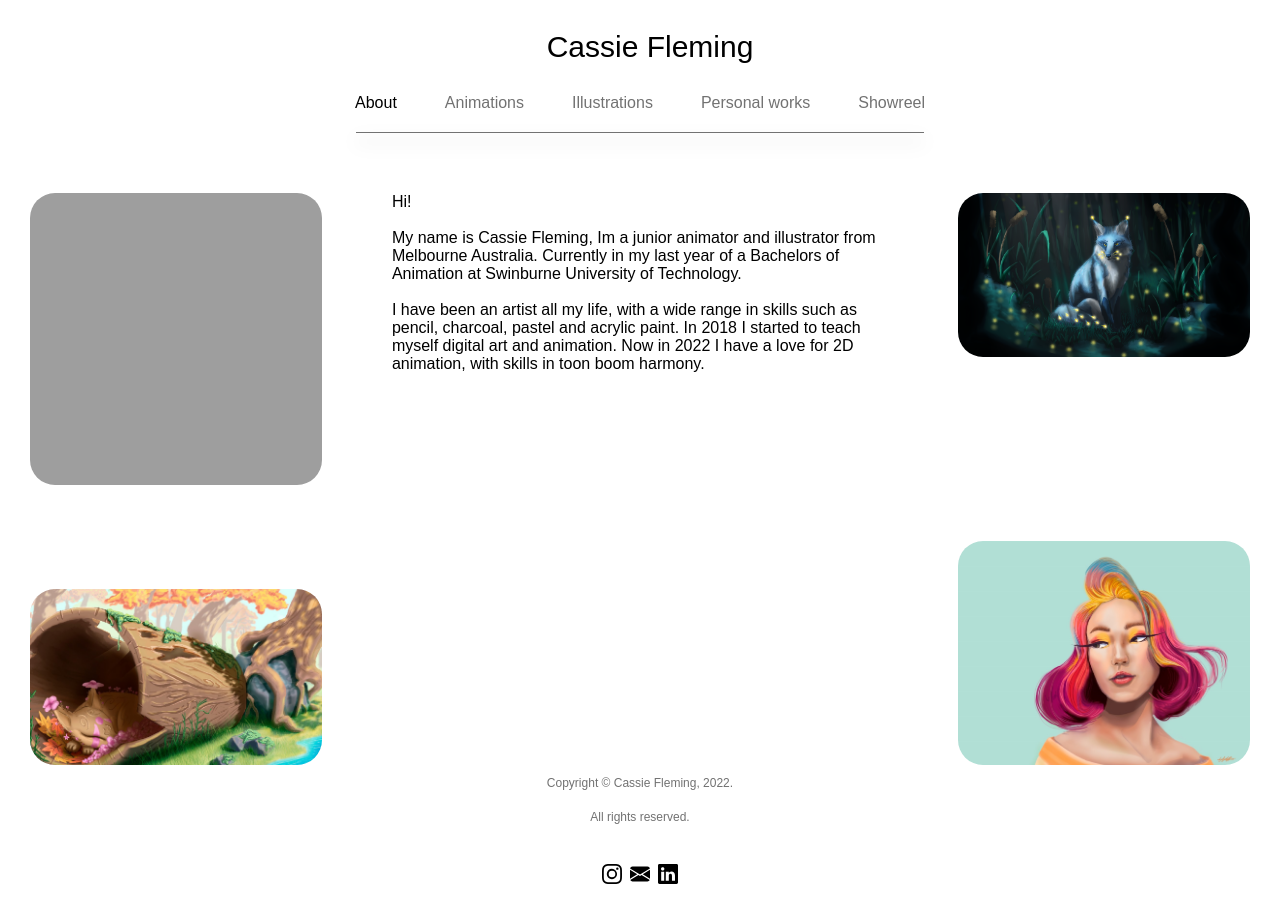
Repository: David-Waite/Cassie-Fleming-portfolio
Page: /
The author's editor kept a copy of each file at every save. The page is drawn from the files as they stood at one save, then again after the next save.
The browser window is 1280 px wide. The pictures show the whole page.
Pictures or frames that could not be fetched are drawn as grey boxes. Some web fonts or font styles are not loaded; a fallback is used. The project was rebuilt for these pictures with package versions that can differ from the ones it lists, and the page was loaded fresh each time. The framework's server and built-in components were replaced by stand-ins that run in the browser. Also part of the build but not shown: next.config.js.

Above is the page before, as saved 2022-09-12 21:42:05.

After the next save:
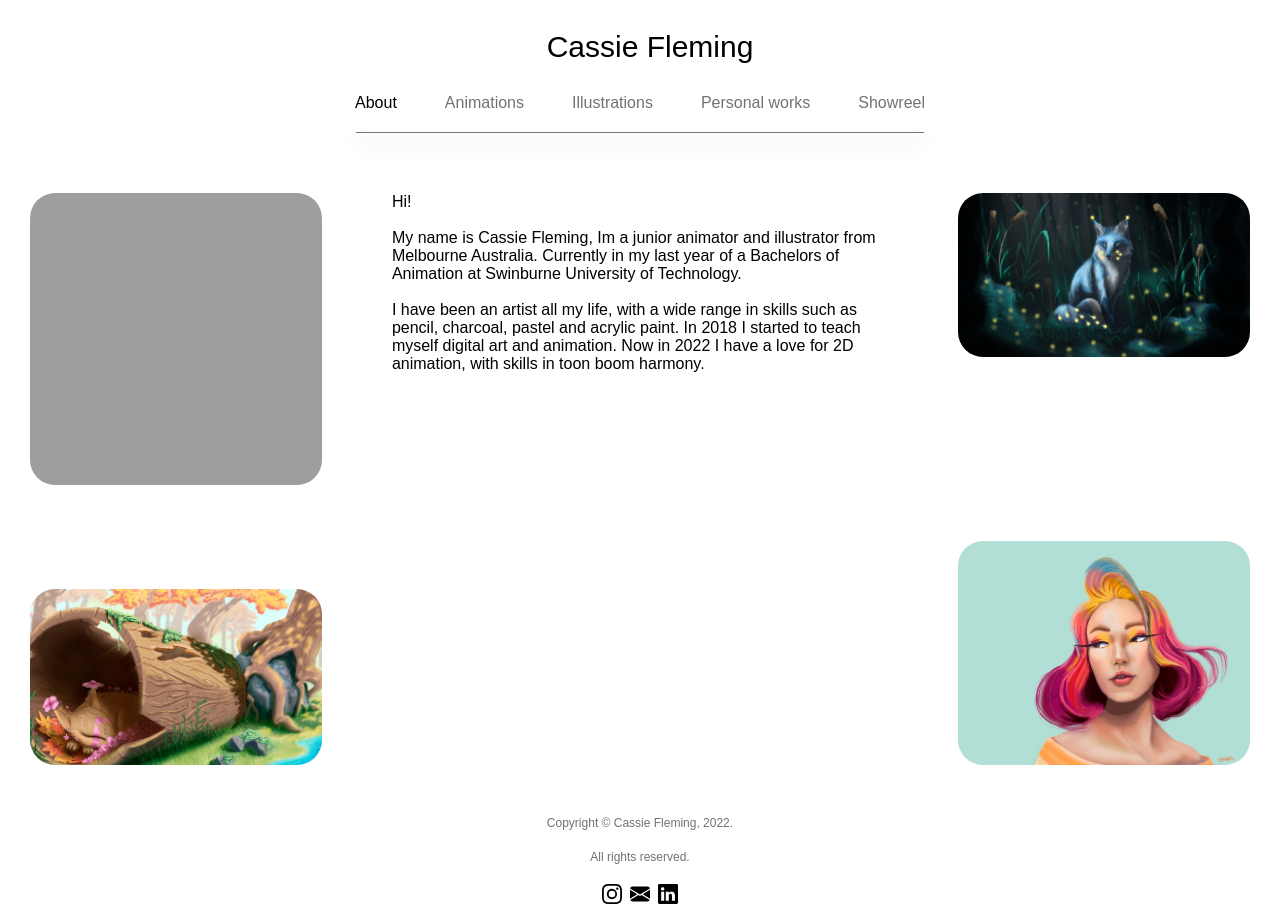
Saved 13 h 40 min later.
--- a/styles/globals.css
+++ b/styles/globals.css
@@ -98,7 +98,7 @@
   width: calc(100vw - 40px);
   display: flex;
   justify-content: center;
-  padding: 20px;
+  padding: 0px;
 }
 .copyright {
   width: calc(100vw - 40px);

After the save that followed:
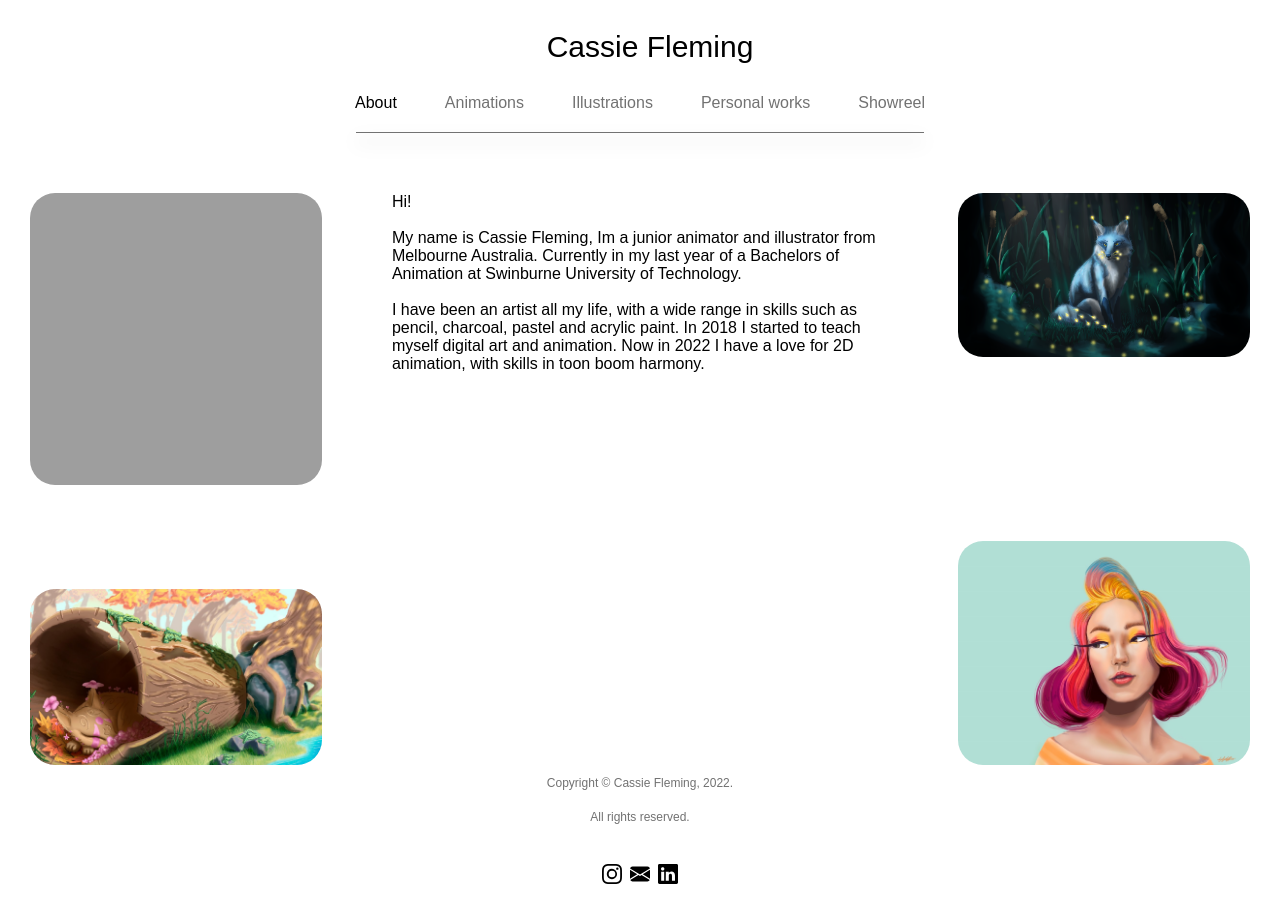
Saved 6 s later.
--- a/styles/globals.css
+++ b/styles/globals.css
@@ -98,7 +98,7 @@
   width: calc(100vw - 40px);
   display: flex;
   justify-content: center;
-  padding: 0px;
+  padding: 20px;
 }
 .copyright {
   width: calc(100vw - 40px);
